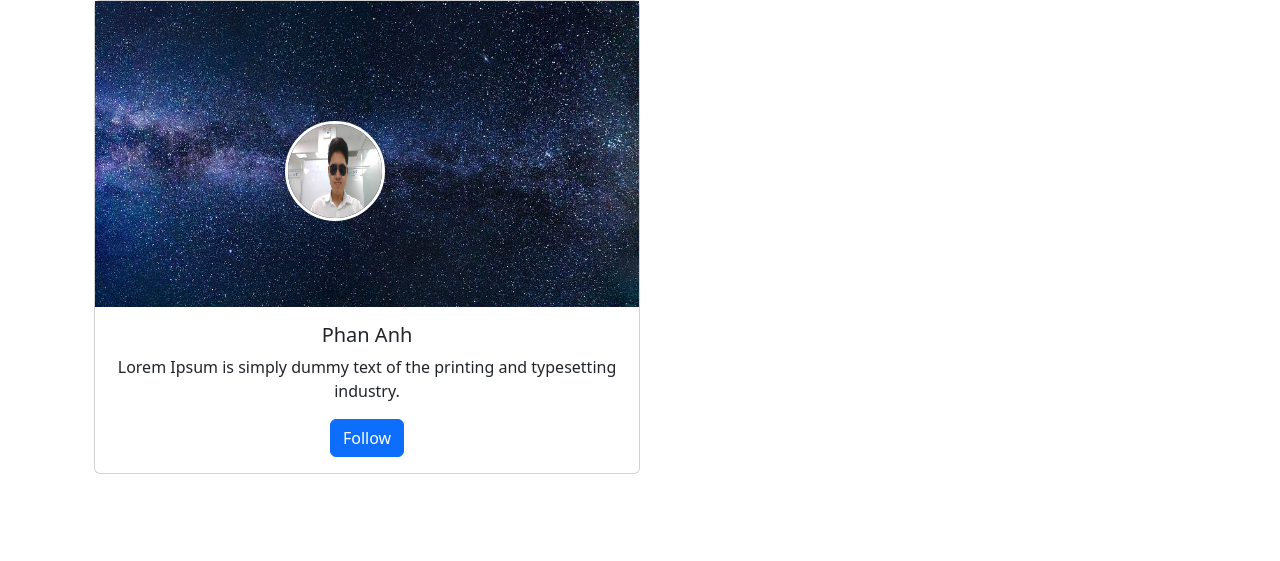
Repository: NPhanA/React2022
Page: / (app in Day 03-React/exercise/)
The author's editor kept a copy of each file at every save. The page is drawn from the files as they stood at one save, then again after the next save.
The browser window is 1280 px wide. The pictures show the whole page.
The project was rebuilt for these pictures with package versions that can differ from the ones it lists, and the page was loaded fresh each time. Also part of the build but not shown: Day 03-React/exercise/src/App.css, Day 03-React/exercise/src/App.js, Day 03-React/exercise/src/Components/UserAgent.js.

Above is the page before, as saved 2022-07-26 16:42:14.

### Day 03-React/exercise/src/index.js
import React from 'react';
import ReactDOM from 'react-dom/client';
import './index.css';
import App from './App';
import reportWebVitals from './reportWebVitals';
import 'bootstrap/dist/css/bootstrap.min.css';
import {createRoot} from 'react-dom/client';
import UserAgent from './Components/UserAgent';
import App1 from './Components/ProfileCard';
import ProfileCard from './Components/ProfileCard';
const container = document.getElementById('root');
const root = createRoot(container);
root.render(<ProfileCard />);

### Day 03-React/exercise/src/Components/ProfileCard.js
import avatar from '../Pictures/Avatar.jpg';
import space from '../Pictures/Space.jpg';

function ProfileCard() {
    return (
        <div className="container ">
            <div className="row mx-auto">
                <div className="col-xs-12 col-xxl-6 mx-auto">
        <div className="card w-50 text-center" >
        <div className="upper">
                <img src={space} className="img-fluid"></img>
              </div>
              <div className="user text-center">
                <div className="profile">
                  <img src={avatar} className="rounded-circle position-absolute" width="80" style={{
        top:"120px",
        left: "35%",
        height: "100px",
        width: "100px",
        border:"3px solid #fff",
        borderradius: "50%"}}></img>
                </div>
              </div>
        <div className="card-body">
          <h5 className="card-title">Phan Anh</h5>
          <p className="card-text">Lorem Ipsum is simply dummy text of the printing and typesetting industry.</p>
          <a href="#" className="btn btn-primary">Follow</a>
        </div>
      </div>
      </div>
      </div>
      </div>
    );
  }

  export default ProfileCard;

Loaded but not shown: Day 03-React/exercise/public/index.html (common file); Day 03-React/exercise/src/index.css (common file); Day 03-React/exercise/src/reportWebVitals.js (common file)

After the next save:
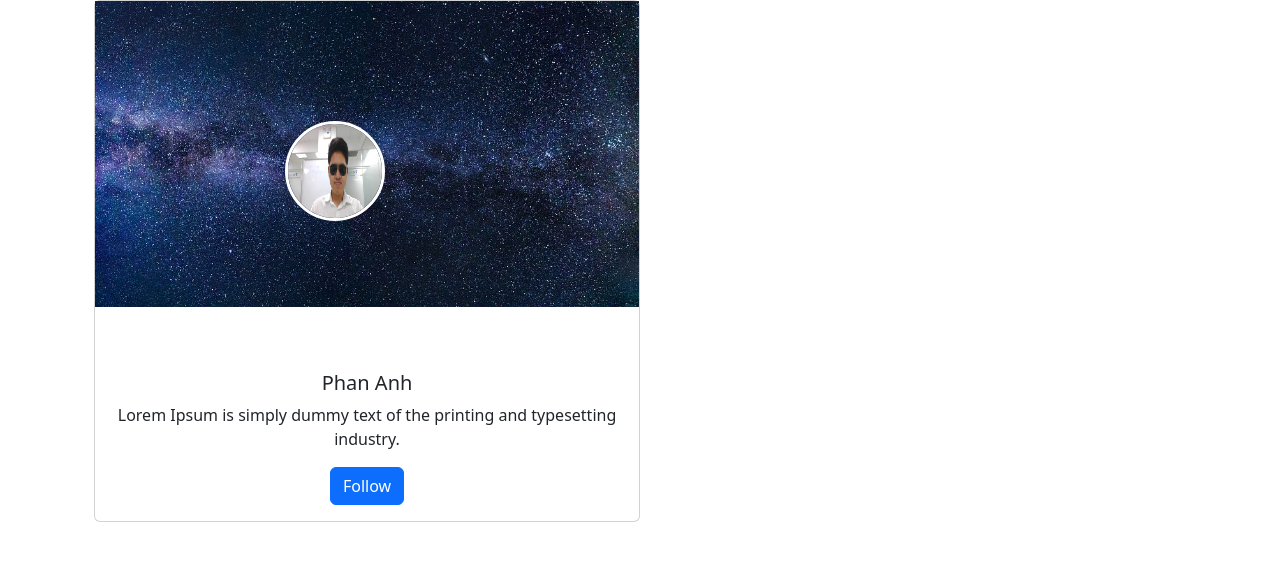
Saved 5 s later.
--- a/Day 03-React/exercise/src/Components/ProfileCard.js
+++ b/Day 03-React/exercise/src/Components/ProfileCard.js
@@ -21,7 +21,7 @@ function ProfileCard() {
         borderradius: "50%"}}></img>
                 </div>
               </div>
-        <div className="card-body">
+        <div className="card-body mt-5">
           <h5 className="card-title">Phan Anh</h5>
           <p className="card-text">Lorem Ipsum is simply dummy text of the printing and typesetting industry.</p>
           <a href="#" className="btn btn-primary">Follow</a>
